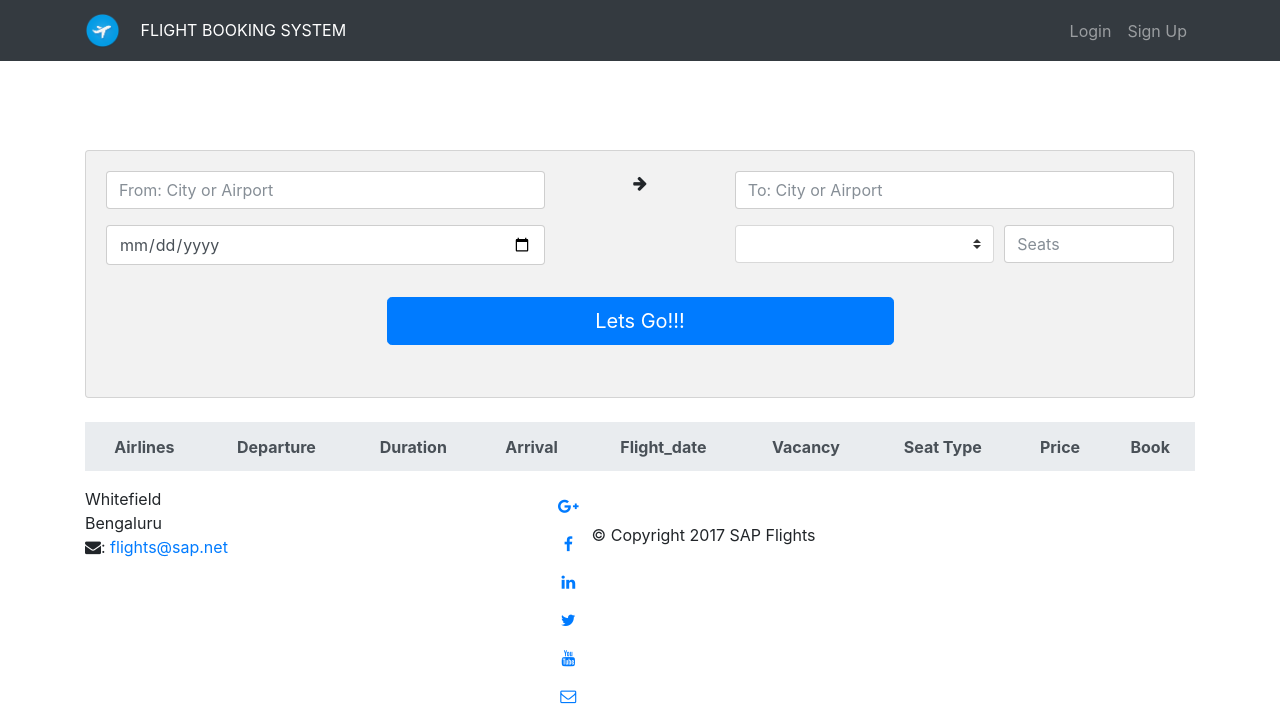
Repository: yashtatia/Spring-Practice
Page: http://localhost/FitnessTracker/WEB-INF/jsp/flightpage.jsp
The author's editor kept a copy of each file at every save. The page is drawn from the files as they stood at one save, then again after the next save.
The browser window is 1280 px wide. The pictures show the whole page.
Some web libraries are served in a nearby version. The page is served by Tomcat 9. Nobody is signed in. Other server files are loaded and not shown. The template is opened directly, without the code that normally fills it, so the values that code supplies are empty.

Above is the page before, as saved 2017-09-05 20:25:32.

### FitnessTracker/src/main/webapp/WEB-INF/jsp/flightpage.jsp
<%@ taglib prefix="c" uri="http://java.sun.com/jsp/jstl/core"%>
<%@ taglib prefix="form" uri="http://www.springframework.org/tags/form" %>
<%@ taglib prefix="spring" uri="http://www.springframework.org/tags" %>

	<jsp:include page="header.jsp" />

	<style type="text/css">
		.table td, .table th {
			text-align: center;
			align-items: center;
			align-content: center;
		}
		table:hover {
			border-color:  #808080;
			border-top-width: 1 px;
		}
	</style>


	<div class="container" style="margin-top:150px;">
		<div class="card" style="background-color: #f2f2f2;" >
			<div class="card-body">
				<form:form modelAttribute="flightSearch" method="POST" >
					<div class="form-row">
						<div class="form-group col-md-5">
								<form:input path="source_airport" class="input-large form-control" type="text" placeholder="From: City or Airport" name="source_id" id="source_id" value="${flightSearch.source_airport}" />
						</div>
						<div class="form-group col-md-2">
							<div id="city_reverse" align="center" style="cursor:pointer;">
								<i class="fa fa-arrow-right" aria-hidden="true"></i>
							</div>
						</div>
						<div class="form-group col-md-5">
								<form:input path="destination_airport" class="input-large form-control" type="text" placeholder="To: City or Airport" name="destination_id" id="destination_id" value="${flightSearch.destination_airport}" />
						</div>
					</div>
					<div class="form-row">
						<div class="form-group col-md-5">
							<form:input path="flight_date" class="input-large form-control" type="date" name="flight_date" data-date-inline-picker="true" value="${flightSearch.flight_date}"/>
						</div>
						<div class="col-md-2">

						</div>
						<div class="col-md-3 form-group">
								<form:select id="seat_classes" path="seat_class" class="custom-select mb-2 mr-sm-2 mb-sm-0 form-control" name="seat_type" value="${flightSearch.seat_class}">
									<form:options items="${seats}" itemLabel="description" itemValue="seat_type"/>
								</form:select>
						</div>
						<div class="col-md-2 form-group">
							<form:input path="seats" class="input-large form-control" type="number" name="seats" data-date-inline-picker="true" placeholder="Seats" value="${flightSearch.seats}" min="1"/>
						</div>
					</div>

					<div class="form-row">
						<div class="form-group col-md-6 mx-auto p-3">
							<button type="submit" class="btn btn-lg btn-block btn-primary" name="flightSearchFormSubmit" value="SEARCH">Lets Go!!!</button>
						</div>
					</div>
				</form:form>
			</div>
		</div>
	</div>
	<div class="container">
		<br/>
		<div class="row row-content">
			<div class="col-lg-12 " >
				<table class="table table-striped table-hover">
					<tr class="thead-default">
						<th>Airlines</th>
						<th>Departure</th>
						<th>Duration</th>
						<th>Arrival</th>
						<th>Flight_date</th>
						<th>Vacancy</th>
						<th>Seat Type</th>
						<th>Price</th>
						<th>Book</th>
					</tr>
					<c:forEach items="${flightsReport}" var="flightReport">
						<tr>
							<td>${flightReport.carrier.carrier_name}</td>
							<td>
								<table style="border: none; padding: none;" >
									<tr>
										<td>${flightReport.departure.airport_id} ${flightReport.departure_time}</td>
									</tr>
									<tr>
										<td>${flightReport.departure.airport_name}, India</td>
									</tr>
								</table>
							</td>
							<td>${flightReport.duration}</td>
							<td>
								<table style="border: none; padding-left: 2px:;">
									<tr>
										<td>${flightReport.arrival.airport_id} ${flightReport.arrival_time}</td>
									</tr>
									<tr>
										<td>${flightReport.arrival.airport_name}, India</td>
									</tr>
								</table>
							</td>
							<td>${flightReport.flight_date}</td>
							<td>${flightReport.vacancy}</td>
							<td>${flightReport.seat_type.description}</td>
							<td>${flightReport.price}</td>

							<form:form modelAttribute="flightSelected" action="flightWeWishToFly.html" method="POST">
								<form:hidden path="flight_id" value="${flightReport.flight_id}" />
								<form:hidden path="route_id" value="${flightReport.route_id}" />
								<form:hidden path="departure_id" value="${flightReport.departure.airport_id}" />
								<form:hidden path="departure" value="${flightReport.departure.airport_name}" />
								<form:hidden path="arrival_id" value="${flightReport.arrival.airport_id}" />
								<form:hidden path="arrival" value="${flightReport.arrival.airport_name}" />
								<form:hidden path="user_air_miles" value="${userForm.air_miles}" />
								<form:hidden path="airline" value="${flightReport.carrier.carrier_name}" />
								<form:hidden path="flight_date" value="${flightReport.flight_date}" />
								<form:hidden path="departure_time" value="${flightReport.departure_time}" />
								<form:hidden path="arrival_time" value="${flightReport.arrival_time}" />
								<form:hidden path="duration" value="${flightReport.duration}" />
								<form:hidden path="price" value="${flightReport.price}" />
								<form:hidden path="seat_class" value="${flightReport.seat_type.description}" />
								<form:hidden path="seat_class_abbrev" value="${flightReport.seat_type.seat_type}" />
								<form:hidden path="seats" value="${flightSearch.seats}" />
								<td><button type="submit" class="btn btn-large btn-warning">Book Now</button></td>
							</form:form>

						</tr>
					</c:forEach>
				</table>

			</div>
		</div>
	</div>
	<jsp:include page="footer.jsp" />

	<script type="text/javascript">
		$(document).ready(function(){
			$("#city_reverse").on("click" , function(){
				var source = $("#source_id").val();
				var destination = $("#destination_id").val();
				$("#source_id").val(destination);
				$("#destination_id").val(source);
			});

			$("#city_reverse").mouseenter(function(){
				$("#city_reverse > span").removeClass("fa fa-arrow-right");
				$("#city_reverse > span").addClass("fa fa-arrow-left");
			});
			$("#city_reverse").mouseleave(function(){
				$("#city_reverse > span").removeClass("fa fa-arrow-left");
				$("#city_reverse > span").addClass("fa fa-arrow-right");
			});
		});
	</script>
<!-- 	<script type="text/javascript">
		$(document).ready(
			function() {
				$.getJSON('<spring:url value="seat_classes.json"/>', {
					ajax : 'true'
				}, function(data){
					var html = '<option value="">--Please select one--</option>';
					var len = data.length;
					for (var i = 0; i < len; i++) {
						html += '<option value="' + data[i].seat_type + '">'
								+ data[i].description + '</option>';
					}
					html += '</option>';

					$('#seat_classes').html(html);
				});

			});

	</script> -->
	<script type="text/javascript">
		$( function() {
			console.log( "document Ready!" );

			// $('#source_id').autocomplete("flightSearchHelpAjax.jsp");
			// $(this.target).find('source_id').autocomplete({
			$("#source_id").autocomplete({
				source: function (request, response) {
		            $.getJSON('<spring:url value="flightAjax.json"/>', request, function(result) {
		                response($.map(result, function(item) {
		                    return {
		                        // following property gets displayed in drop down
		                        value: item.airport_id + " - " + item.airport_name ,
		                        // following property gets entered in the textbox
		                        data: item.airport_id,
		                        // following property is added for our own use
		                    };
		                }));
		            });
		        },
		        minLength:2,
		        delay:100
			});
			$('#destination_id').autocomplete({
				source: function (request, response) {
		            $.getJSON('<spring:url value="flightAjax.json"/>', request, function(result) {
		                response($.map(result, function(item) {
		                    return {
		                        // following property gets displayed in drop down
		                        //label: item.airport_id,
		                        value: item.airport_id + " - " + item.airport_name ,
		                        // following property gets entered in the textbox
		                        data: item.airport_id,

		                    };
		                }));
		            });
		        },
		        minLength:2,
		        delay:100
			});
		});
	</script>

### FitnessTracker/src/main/webapp/WEB-INF/jsp/header.jsp
<%@ taglib prefix="c" uri="http://java.sun.com/jsp/jstl/core"%>
<%@ taglib prefix="form" uri="http://www.springframework.org/tags/form" %>
<%@ taglib prefix="spring" uri="http://www.springframework.org/tags" %>
<!DOCTYPE html>
<html>
<head>
	<meta charset="utf-8">
    <meta http-equiv="X-UA-Compatible" content="IE=edge">
    <meta name="viewport" content="width=device-width, initial-scale=1, shrink-to-fit=no">
	<title>Search Flights</title>
	<link rel="stylesheet" href="https://maxcdn.bootstrapcdn.com/bootstrap/4.0.0-beta/css/bootstrap.min.css" integrity="sha384-/Y6pD6FV/Vv2HJnA6t+vslU6fwYXjCFtcEpHbNJ0lyAFsXTsjBbfaDjzALeQsN6M" crossorigin="anonymous">
	<link href="https://maxcdn.bootstrapcdn.com/font-awesome/4.7.0/css/font-awesome.min.css" rel="stylesheet">
	<link rel="stylesheet" type="text/css" href="assets/css/jquery-ui.css">
</head>
<body>

	 <nav class="navbar navbar-expand-md navbar-dark bg-dark fixed-top">
            <div class="container">
                <div class="navbar-header">
	                <span><a class="navbar-brand" href="index.jsp"><img src="assets/img/sap.png" height=35 width=35></a></span>
	                <span style="color: white;">FLIGHT BOOKING SYSTEM</span>
                </div>

                <c:choose>
    				<c:when test="${not logInForm.loggedIn || logInForm == null}">
                       <ul class="navbar-nav bd-navbar-nav" style="cursor: pointer;">
	                        <li class="nav-item"><a class="nav-link" data-toggle="modal" data-target="#loginModal" id="login"><span class="glyphicon glyphicon-log-in"></span> Login</a></li>
	                        <li class="nav-item"><a class="nav-link" href="signUp.html"><span class="glyphicon glyphicon-log-in"></span> Sign Up</a></li>
	                    </ul>
	    			</c:when>
	    			<c:otherwise>
	                    <ul class="navbar-nav bd-navbar-nav" style="cursor: pointer;">
	                        <li class="nav-item dropdown">
	                            <a href="#" class="nav-link dropdown-toggle" data-toggle="dropdown"
	                             role="button" aria-haspopup="true" aria-expanded="false" style="color: white; ">
	                             <i class="fa fa-user-o" aria-hidden="true"></i>  ${userForm.fname} ${userForm.lname} <span class="caret"></span></a>
	                            <ul class="dropdown-menu">
	                                <li><a class="dropdown-item" href="#">Your Miles : ${userForm.air_miles}</a></li>
	                                <li><a class="dropdown-item" href="myBookings.html">MyBookings</a></li>
	                                <li><a class="dropdown-item" href="logout.html">Logout</a></li>
	                            </ul>
	                        </li>
	                    </ul>
	                </c:otherwise>
                </c:choose>


                </div>
        </nav>

    <c:if test="${logInForm.loggedIn == false || logInForm == null}">

	    <div id="loginModal" class="modal fade " role="dialog" aria-labelledby="loginModal" aria-hidden="true">
	        <div class="modal-dialog" style="max-width: 650px !important;">
	        <!-- Modal content-->
	        <div class="modal-content">
	            <div class="modal-header">
	                <h5 class="modal-title" id="exampleModalLabel">Login</h5>
			     	   <button type="button" class="close" data-dismiss="modal" aria-label="Close">
			        	  <span aria-hidden="true">&times;</span>
			       	 </button>
	            </div>
		        <div class="modal-body">
		            <form:form modelAttribute="logInForm" class="form-inline" id="loginForm" action="logIn.html" method="POST">
		                <div class="form-group">
		                    <label class="sr-only" for="InputEmail">Email address</label>
		                    <form:input path="username" type="email" class="form-control" id="Email" placeholder="Email" name="email" />
		                </div>
		                <div class="form-group mx-sm-3">
		                    <label class="sr-only" for="Password">Password</label>
		                    <form:input path="password" type="password" class="form-control" id="Password" placeholder="Password" name="password" />
		                </div>

	            		<div class="form-group mx-sm-3">
	            			<button type="button" class="btn btn-default btn-danger pull-right" data-dismiss="modal">Cancel</button>
		                	<button type="submit" class="btn btn-default btn-info pull-right">Sign in</button>
	            		</div>


	            	</form:form>
				</div>

	        </div>
	        </div>
	    </div>

    </c:if>

### FitnessTracker/src/main/webapp/WEB-INF/jsp/footer.jsp

	<footer class="row-footer">
        <div class="container">
            <div class="row">

                <div class="col-xs-6 col-sm-5"">
                    <address>
		              Whitefield<br>
		              Bengaluru<br>
		              <i class="fa fa-envelope"></i>:
                         <a href="mailto:flights@sap.net">
                         flights@sap.net</a>
                    </address>
                </div>
                <div class="col-xs-12 ">
                    <div class="nav navbar-nav">
                        <a class="btn btn-social-icon btn-google-plus" href="http://google.com/+"><i class="fa fa-google-plus"></i></a>
                        <a class="btn btn-social-icon btn-facebook" href="http://www.facebook.com/profile.php?id="><i class="fa fa-facebook"></i></a>
                        <a class="btn btn-social-icon btn-linkedin" href="http://www.linkedin.com/in/"><i class="fa fa-linkedin"></i></a>
                        <a class="btn btn-social-icon btn-twitter" href="http://twitter.com/"><i class="fa fa-twitter"></i></a>
                        <a class="btn btn-social-icon btn-youtube" href="http://youtube.com/"><i class="fa fa-youtube"></i></a>
                        <a class="btn btn-social-icon" href="mailto:"><i class="fa fa-envelope-o"></i></a>
                    </div>
                </div>
                <div class="col-xs-12">
                    <p style="padding:10px;"></p>
                    <p align=center> &copy; Copyright 2017 SAP Flights</p>
                </div>
            </div>
        </div>
    </footer>




<script src="https://code.jquery.com/jquery-3.2.1.slim.min.js" integrity="sha384-KJ3o2DKtIkvYIK3UENzmM7KCkRr/rE9/Qpg6aAZGJwFDMVNA/GpGFF93hXpG5KkN" crossorigin="anonymous"></script>
<script type="text/javascript" src="http://code.jquery.com/jquery-3.2.1.min.js"></script>
<script type="text/javascript" src="assets/js/jquery-ui.min.js"></script>
<script src="https://cdnjs.cloudflare.com/ajax/libs/popper.js/1.11.0/umd/popper.min.js" integrity="sha384-b/U6ypiBEHpOf/4+1nzFpr53nxSS+GLCkfwBdFNTxtclqqenISfwAzpKaMNFNmj4" crossorigin="anonymous"></script>
<script src="https://maxcdn.bootstrapcdn.com/bootstrap/4.0.0-beta/js/bootstrap.min.js" integrity="sha384-h0AbiXch4ZDo7tp9hKZ4TsHbi047NrKGLO3SEJAg45jXxnGIfYzk4Si90RDIqNm1" crossorigin="anonymous"></script>

<script>
        $().button('toggle');
        $(document).ready(function(){
            $("#login").click(function(){
                console.log("yo!");
                $("#loginModal").modal();
            });
        });

        $(document).ready(function(){
            $("#table").click(function(){
                $("#tableModal").modal();
            });
        });
</script>
</body>
</html>

Loaded but not shown: FitnessTracker/src/main/webapp/assets/css/jquery-ui.css (library); FitnessTracker/src/main/webapp/assets/js/jquery-ui.min.js (library)

After the next save:
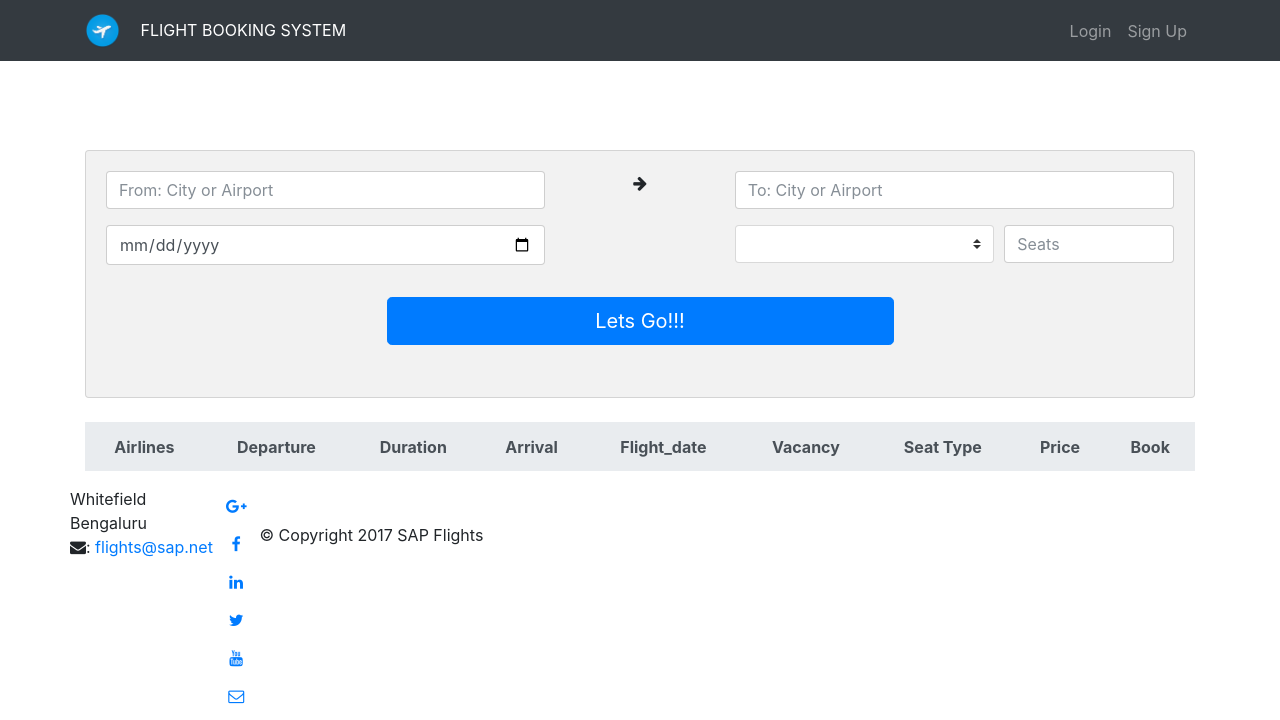
Saved 31 s later.
--- a/FitnessTracker/src/main/webapp/WEB-INF/jsp/footer.jsp
+++ b/FitnessTracker/src/main/webapp/WEB-INF/jsp/footer.jsp
@@ -3,7 +3,7 @@
         <div class="container">
             <div class="row">
 
-                <div class="col-xs-6 col-sm-5"">
+                <div class="col-md-55"">
                     <address>
 		              Whitefield<br>
 		              Bengaluru<br>

After the save that followed:
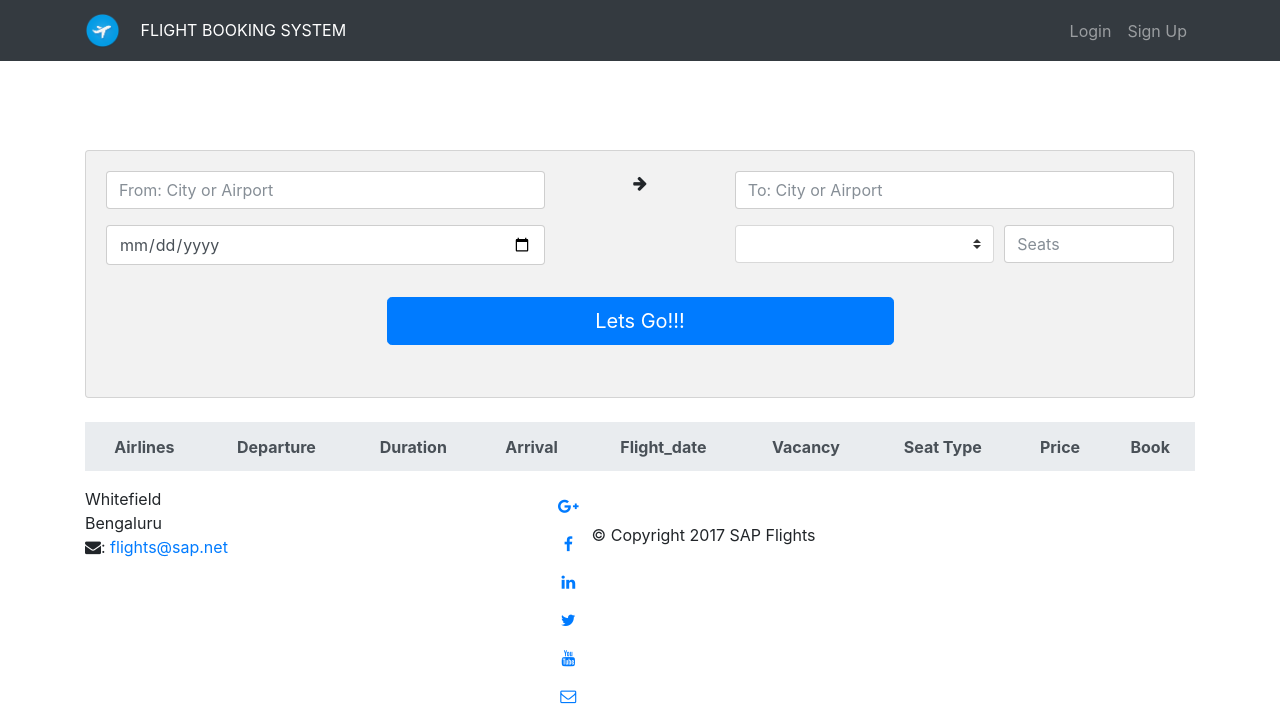
Saved 9 s later.
--- a/FitnessTracker/src/main/webapp/WEB-INF/jsp/footer.jsp
+++ b/FitnessTracker/src/main/webapp/WEB-INF/jsp/footer.jsp
@@ -3,7 +3,7 @@
         <div class="container">
             <div class="row">
 
-                <div class="col-md-55"">
+                <div class="col-md-5"">
                     <address>
 		              Whitefield<br>
 		              Bengaluru<br>
